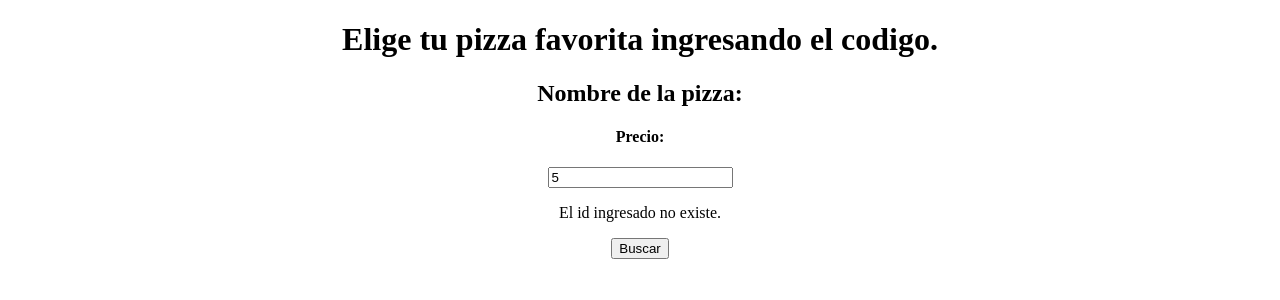
Repository: lucas-itup/E1-JAVASCRIPT
Page: index.html
The author's editor kept a copy of each file at every save. The page is drawn from the files as they stood at one save, then again after the next save.
The browser window is 1280 px wide. The pictures show the whole page.
Empty fields were first filled with sample values (such as "Sample", 5 or name@example.com).
After loading, the first visible `button` was clicked once.

Above is the page before, as saved 2022-09-11 20:54:19.

### index.html
<!DOCTYPE html>
<html lang="en">

<head>
    <meta charset="UTF-8">
    <meta http-equiv="X-UA-Compatible" content="IE=edge">
    <meta name="viewport" content="width=device-width, initial-scale=1.0">

    <title>E1-JAVASCRIPT</title>
</head>

<body>
    <div id="listado-pizzas" style="text-align: center;">
        <div>
            <h1>Elige tu pizza favorita ingresando el codigo.</h1>

            <h2>Nombre de la pizza: <span id="nombre-pizza"> </span></h2>
            <h4>Precio: <span id="precio-pizza"></span></h4>
        </div>
        <div>
            <input type="number" value="" id="value-id">
            <p id="input-vacio"> </p>
            <button onclick="buscarPizza()" type="button">Buscar</button>
        </div>
    </div>
    <script src="/assets/index.js"></script>
</body>

</html>

### assets/index.js
let pizza1 = {
    id: '1',
    nombre: 'Muzarella',
    ingredientes: [
        'tomate', 'muzarella', 'oregano'
    ],
    precio: '600'
}
let pizza2 = {
    id: '2',
    nombre: 'Napolitana',
    ingredientes: [
        'jamon', 'huevo', 'queso'
    ],
    precio: '300'
}
let pizza3 = {
    id: '3',
    nombre: 'Americana',
    ingredientes: [
        'huevoFrito', 'peperoni', 'roquefort'
    ],
    precio: '200'
}
let pizza4 = {
    id: '4',
    nombre: 'Rucula',
    ingredientes: [
        'verduras', 'palmito', 'especias'
    ],
    precio: '500'
}
let pizza5 = {
    id: '5',
    nombre: 'Especial',
    ingredientes: [
        'salsa', 'harina', 'crema'
    ],
    precio: '800'
}
let pizza6 = {
    id: '6',
    nombre: 'DE_LA_CASA',
    ingredientes: [
        'anchoas', 'pimientos', 'hongos'
    ],
    precio: '900'
}

let pizzas = [pizza1, pizza2, pizza3, pizza4, pizza5, pizza6]
let listado = document.getElementById('listado-pizzas');

const buscarPizza = () => {
    let valueid = document.getElementById('value-id').value;
    var precioPizza = document.getElementById('precio-pizza');
    var inputVacio = document.getElementById('input-vacio')
    inputVacio.textContent = "";

    validarInputBlanco(valueid, inputVacio)

    var found = pizzas.find(function(post, index) {
        console.log(post.id);
        console.log(valueid)
        if (post.id != valueid) return inputVacio.textContent = "El id ingresado no existe.";

        precioPizza.textContent = post.precio;
    });
}

const validarInputBlanco = (valueid, inputVacio, post) => {
    if (valueid == "") return inputVacio.textContent = "Debes ingresar un valor numerico"
}

After the next save:
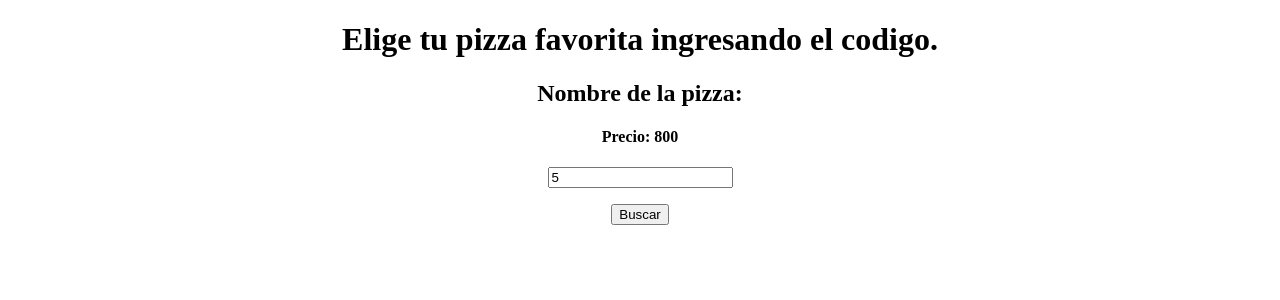
Saved 2 min 38 s later.
--- a/assets/index.js
+++ b/assets/index.js
@@ -61,9 +61,8 @@ const buscarPizza = () => {
     var found = pizzas.find(function(post, index) {
         console.log(post.id);
         console.log(valueid)
-        if (post.id != valueid) return inputVacio.textContent = "El id ingresado no existe.";
+        if (post.id == valueid) precioPizza.textContent = post.precio;
 
-        precioPizza.textContent = post.precio;
     });
 }
 
